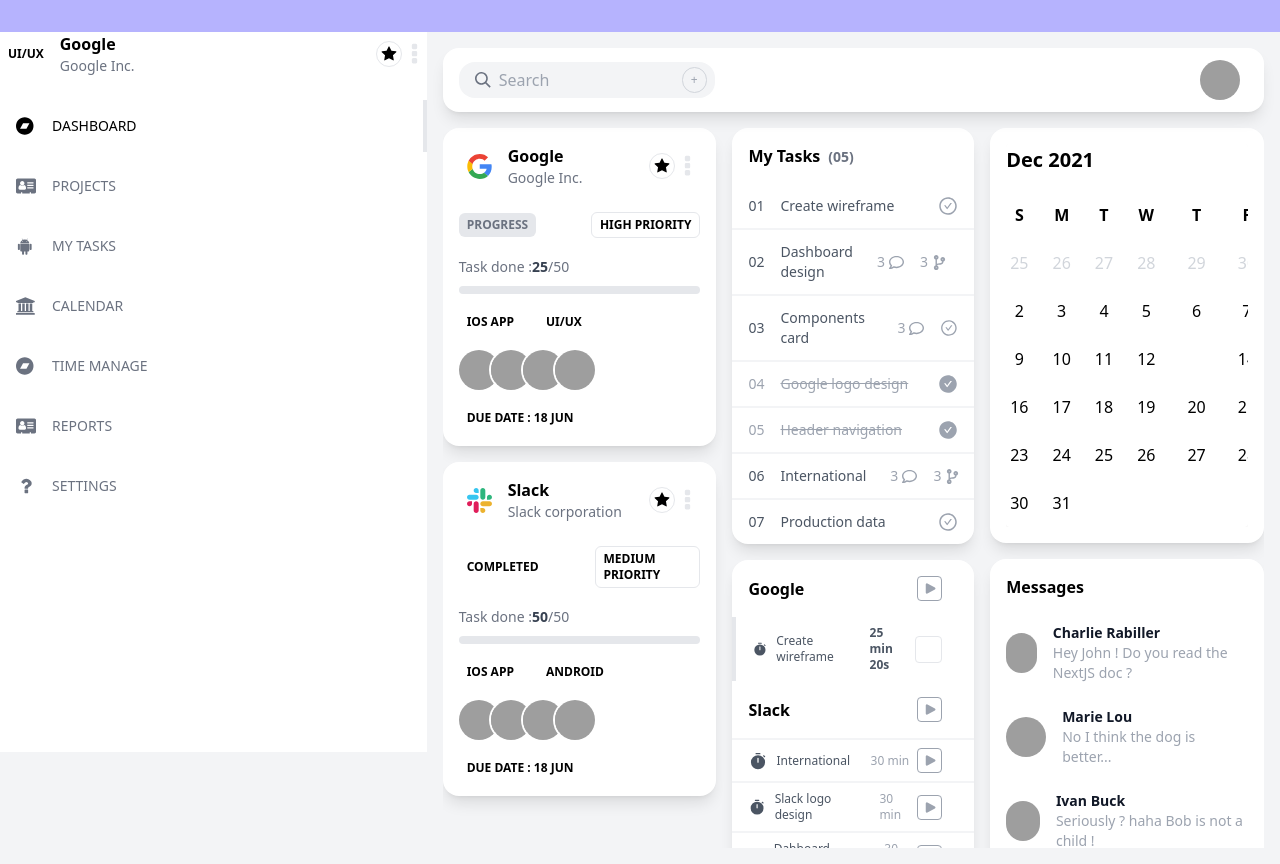
Repository: DragonKnight0522/text-rev
Page: /dashboard
An editor plug-in stored every save of this project. The page is shown before and after the next save, followed by the edit.
The browser window is 1280 px wide. The pictures show the whole page.
Pictures or frames that could not be fetched are drawn as grey boxes. An inner scrolling area shows only its first screen. The project was rebuilt for these pictures with package versions that can differ from the ones it lists, and the page was loaded fresh each time. The framework's server and built-in components were replaced by stand-ins that run in the browser. Also part of the build but not shown: next.config.js.

Above is the page before, as saved 2023-08-28 16:13:36.

### app/layout.js
import "./globals.css";
import { Inter } from "next/font/google";

const inter = Inter({ subsets: ["latin"] });

export const metadata = {
    title: "Create Next App",
    description: "Generated by create next app",
};

export default function RootLayout({ children }) {
    return (
        <html lang="en">
            <body className={inter.className}>{children}</body>
        </html>
    );
}

### app/dashboard/layout.js
export const metadata = {
    title: "Dashboard",
    description: "Olivia Evans",
};

export default function RootLayout({ children }) {
    return (
        <html lang="en">
            <body className="bg-purple">{children}</body>
        </html>
    );
}

### app/globals.css
@tailwind base;
@tailwind components;
@tailwind utilities;

:root {
    --foreground-rgb: 0, 0, 0;
    --background-start-rgb: 214, 219, 220;
    --background-end-rgb: 255, 255, 255;
}

@media (prefers-color-scheme: dark) {
    :root {
        --foreground-rgb: 255, 255, 255;
        --background-start-rgb: 0, 0, 0;
        --background-end-rgb: 0, 0, 0;
    }
}

### tailwind.config.js
/** @type {import('tailwindcss').Config} */
const colors = require("tailwindcss/colors");
module.exports = {
    content: [
        "./pages/**/*.{js,ts,jsx,tsx,mdx}",
        "./components/**/*.{js,ts,jsx,tsx,mdx}",
        "./app/**/*.{js,ts,jsx,tsx,mdx}",
    ],
    theme: {
        colors: {
            transparent: "transparent",
            current: "currentColor",
            white: "#ffffff",
            gray: colors.gray,
            purple: "#b6b3fe",
        },
    },
    plugins: [],
};

Loaded but not shown: app/dashboard/page.js (1255 lines, source omitted)

After the next save:
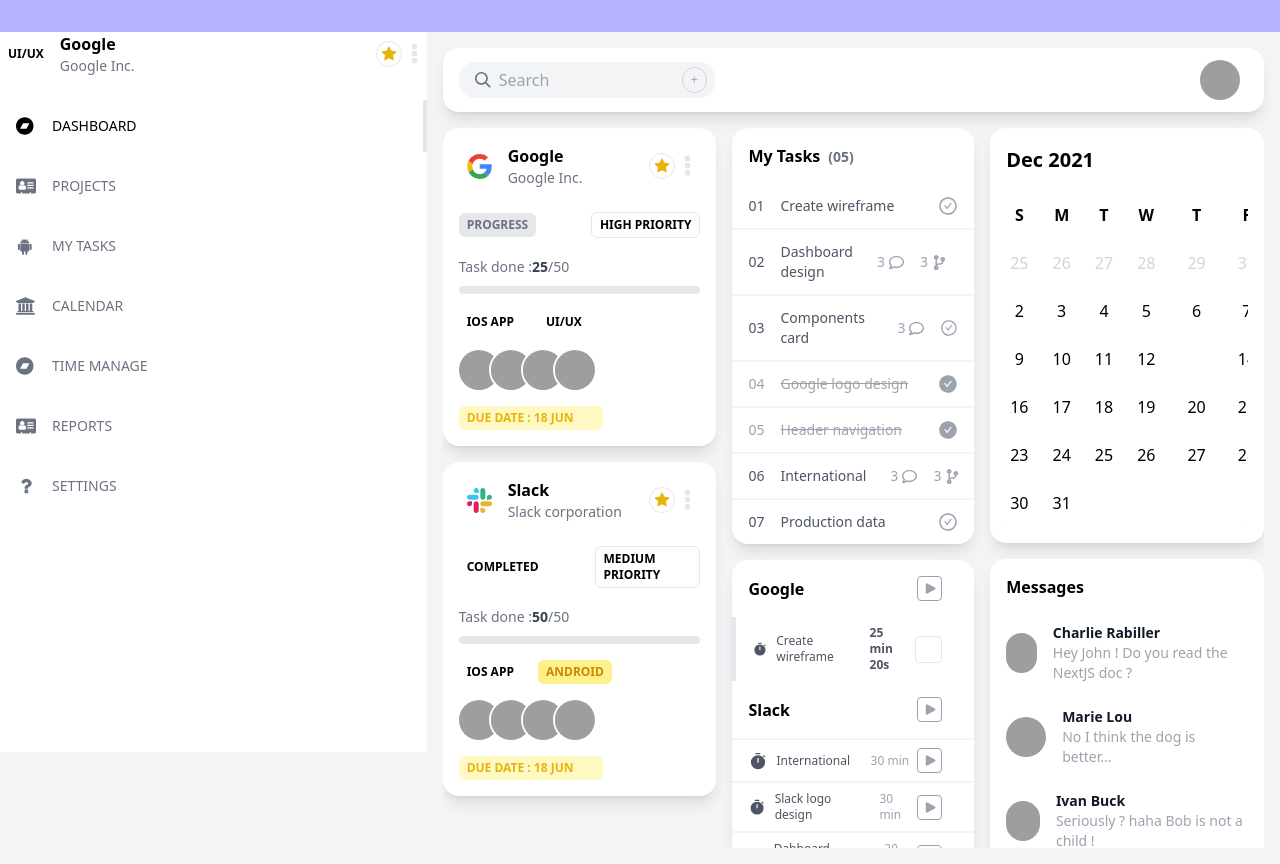
Saved 37 s later.
--- a/tailwind.config.js
+++ b/tailwind.config.js
@@ -10,8 +10,13 @@
         colors: {
             transparent: "transparent",
             current: "currentColor",
-            white: "#ffffff",
             gray: colors.gray,
+            black: colors.black,
+            white: colors.white,
+            gray: colors.gray,
+            emerald: colors.emerald,
+            indigo: colors.indigo,
+            yellow: colors.yellow,
             purple: "#b6b3fe",
         },
     },
